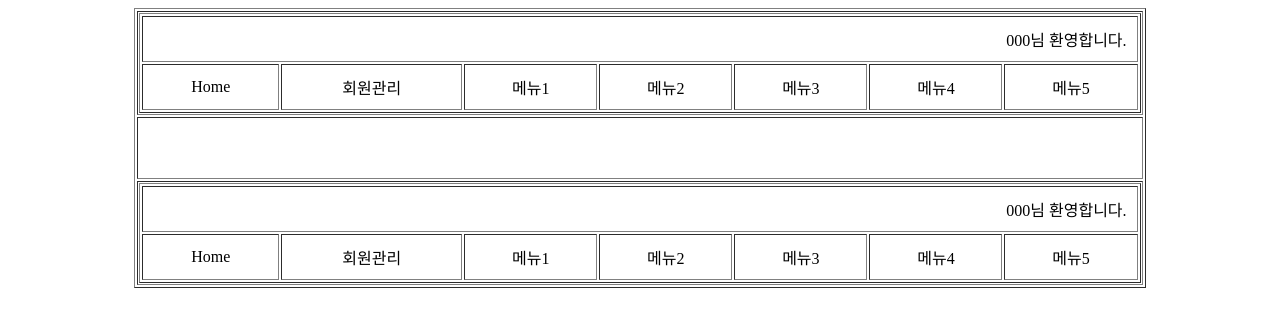
Repository: Mildous/HKIT-BackendClass
Page: http://localhost/jspPortfolioModel1/main/main.jsp?menuGubun=member_List
The author's editor kept a copy of each file at every save. The page is drawn from the files as they stood at one save, then again after the next save.
The browser window is 1280 px wide. The pictures show the whole page.
The page is served by Tomcat 9. Other server files are loaded and not shown.

Above is the page before, as saved 2022-08-18 00:50:29.

### workspace/jsp/jspPortfolioModel1/WebContent/main/main.jsp
<%@ page language="java" contentType="text/html; charset=UTF-8"
    pageEncoding="UTF-8"%>
<%
	String menuGubun = request.getParameter("menuGubun");

	if(menuGubun == null || menuGubun.equals("")) {
		//menuGubun = "member_list";

/*		out.println("<script>");
		out.println("location.href='error.jsp?errorCode=001';");
		out.println("</script>");
*/
	}

%>
<!DOCTYPE html>
<html>
<head>
<meta charset="UTF-8">
<title>Insert title here</title>
</head>
<body>

<table border="1" width="80%" align="center">
	<tr>
		<td height="100px;" align="center">
			<jsp:include page="../_include/inc_menu.jsp" flush="true" />
		</td>
	</tr>
	<tr>
		<td align="center" style="padding: 30px 0px 30px 0px;">
			<% if(menuGubun.equals("member_list")) { %>
				회원목록
			<% } else if(menuGubun.equals("member_view")) { %>
				회원상세보기
			<% } else if(menuGubun.equals("member_insert")) { %>
				회원등록
			<% } else if(menuGubun.equals("member_edit")) { %>
				회원수정
			<% } else if(menuGubun.equals("member_delete")) { %>
				회원삭제

			<% } else if(menuGubun.equals("product_list")) { %>
				상품목록
			<% } else if(menuGubun.equals("product_view")) { %>
				상품상세보기
			<% } else if(menuGubun.equals("product_insert")) { %>
				상품등록
			<% } else if(menuGubun.equals("product_edit")) { %>
				상품수정
			<% } else if(menuGubun.equals("product_delete")) { %>
				상품삭제
			<% } %>

		</td>
	</tr>
	<tr>
		<td height="100px;" align="center">
			<jsp:include page="../_include/inc_menu.jsp" flush="true" />
		</td>
	</tr>
</table>
</body>
</html>

### workspace/jsp/jspPortfolioModel1/WebContent/_include/inc_menu.jsp
<%@ page language="java" contentType="text/html; charset=UTF-8"
    pageEncoding="UTF-8"%>

<table border="1" align="center" width="100%">
	<tr>
		<td colspan="10" align="right" style="padding: 10px;">
			000님 환영합니다.
		</td>
	</tr>
	<tr>
		<td align="center" style="padding: 10px;">
			Home
		</td>
		<td align="center" style="padding: 10px;">
			회원관리
		</td>
		<td align="center" style="padding: 10px;">
			메뉴1
		</td>
		<td align="center" style="padding: 10px;">
			메뉴2
		</td>
		<td align="center" style="padding: 10px;">
			메뉴3
		</td>
		<td align="center" style="padding: 10px;">
			메뉴4
		</td>
		<td align="center" style="padding: 10px;">
			메뉴5
		</td>
	</tr>
</table>

### workspace/jsp/jspPortfolioModel1/WebContent/_include/inc_copyright.jsp
<%@ page language="java" contentType="text/html; charset=UTF-8"
    pageEncoding="UTF-8"%>

<table border="1" align="center">
	<tr>
		<td align="center" style="padding: 0px;">
			Copyright&copy; 1900-2022 by localhost Co.LTD All Right Reserved.
		</td>
	</tr>
</table>

After the next save:
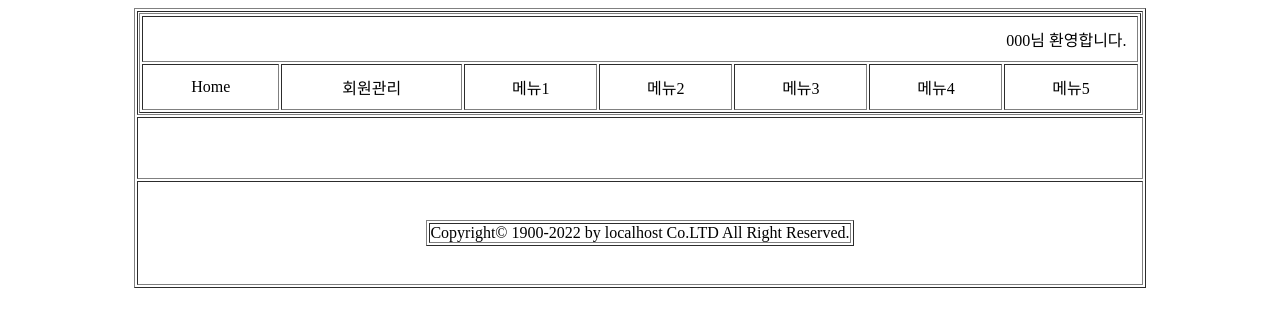
Saved 11 s later.
--- a/workspace/jsp/jspPortfolioModel1/WebContent/main/main.jsp
+++ b/workspace/jsp/jspPortfolioModel1/WebContent/main/main.jsp
@@ -56,7 +56,7 @@
 	</tr>
 	<tr>
 		<td height="100px;" align="center">
-			<jsp:include page="../_include/inc_menu.jsp" flush="true" />
+			<jsp:include page="../_include/inc_copyright.jsp" flush="true" />
 		</td>
 	</tr>
 </table>
